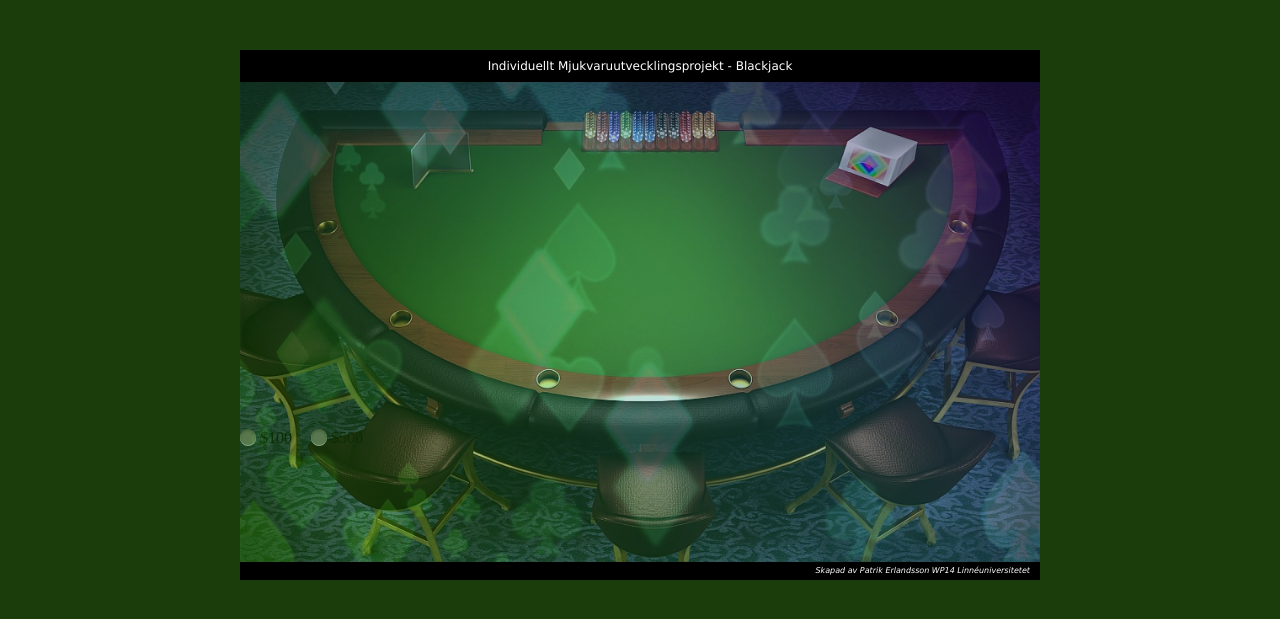
Repository: pat-erl/pe22dw.github.io
Page: pe22dw-project-master/index.html
The author's editor kept a record of every edit. The page is drawn from the files as they stood at one moment, then again after the next edit.
The browser window is 1280 px wide. The pictures show the whole page.

Above is the page before.
Console error: TypeError: Cannot set properties of null (setting 'className')

After the next edit:
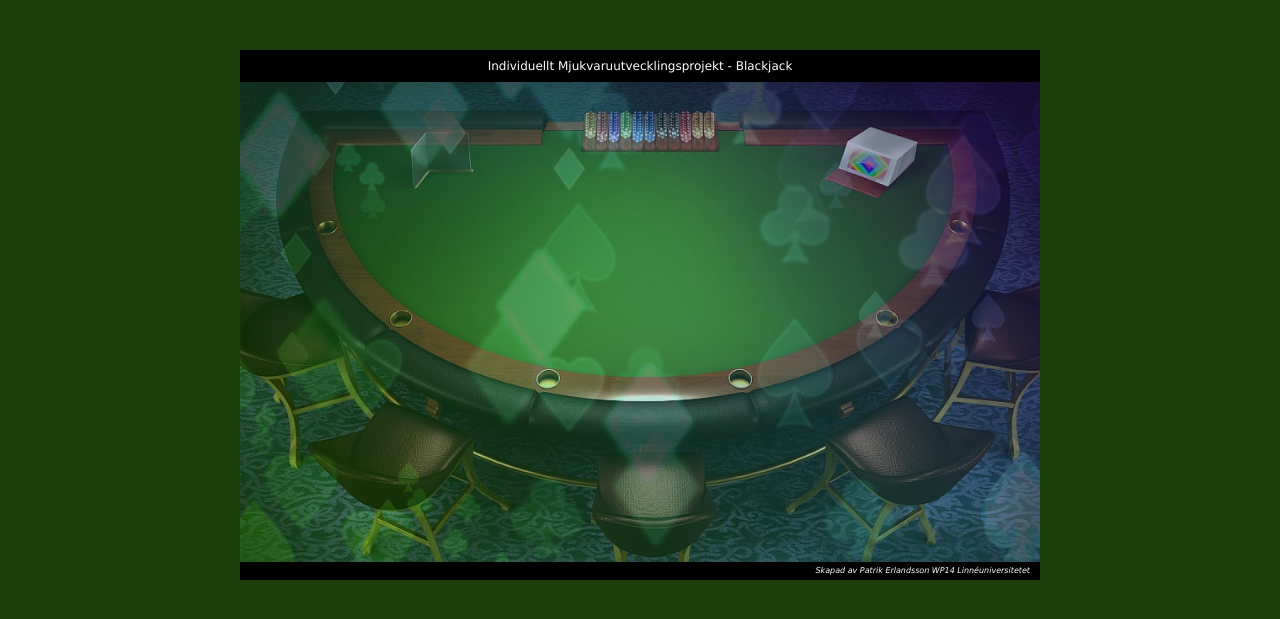
The edit:
--- a/pe22dw-project-master/index.html
+++ b/pe22dw-project-master/index.html
@@ -28,17 +28,16 @@
                     </div>
                 </div>
                 <div id="betamount">
-                    <input type="radio" class="radio" name="bet" value="100" />$100
-                    <input type="radio" name="bet" value="500" />$500
-                    <input type="radio" name="bet" value="1000" />$1000
-                </div>
-                <div class="radio">
+                    <div class="radio">
                     <input id="bet100" type="radio" name="betamount" value="100">
                     <label for="bet100">$100</label>
                     <input id="bet500" type="radio" name="betamount" value="500">
                     <label for="bet500">$500</label>
                     <input id="bet1000" type="radio" name="betamount" value="1000">
+                    <label for="bet1000">$1000</label>
+                    </div>
                 </div>
+
                 <div id="chipcount">
                     <p id="chips">$0</p>
                 </div>
